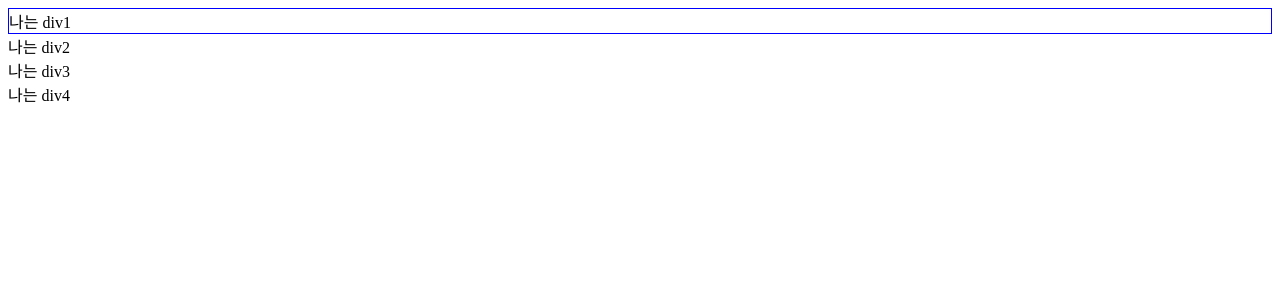
Repository: raccoon304/gugkbi_jsp
Page: HTML5/src/main/webapp/ch01_cssOrder/cssOrder.html
These files come from the project's save history. The page is drawn as it stood at one moment and after the next save; the edit follows.
The browser window is 1280 px wide. The pictures show the whole page.

Above is the page before, as saved 2025-11-13 07:12:46.

After the next save:
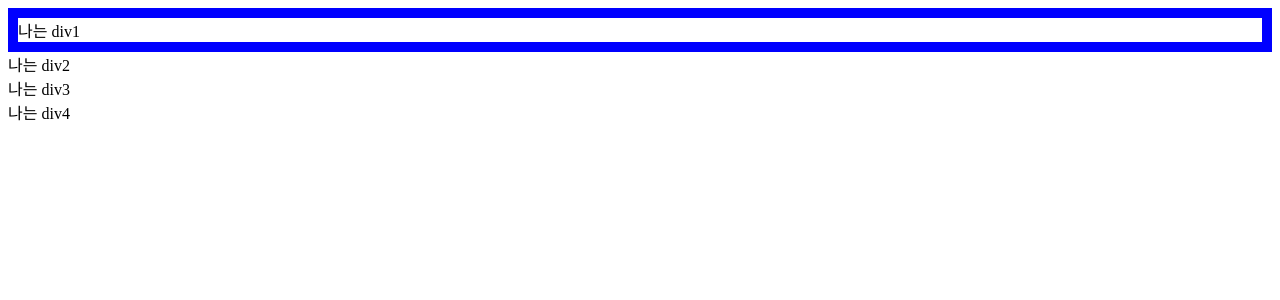
Saved 31 s later.
--- a/HTML5/src/main/webapp/ch01_cssOrder/cssOrder.html
+++ b/HTML5/src/main/webapp/ch01_cssOrder/cssOrder.html
@@ -6,7 +6,7 @@
 </head>
 <body>
 	<!--  HTML 주석문  -->
-	<div style="border: solid 1px blue;">나는 div1</div>
+	<div style="border: solid 10px blue; ">나는 div1</div>
 	<div>나는 div2</div>
 	<div>나는 div3</div>
 	<div>나는 div4</div>
